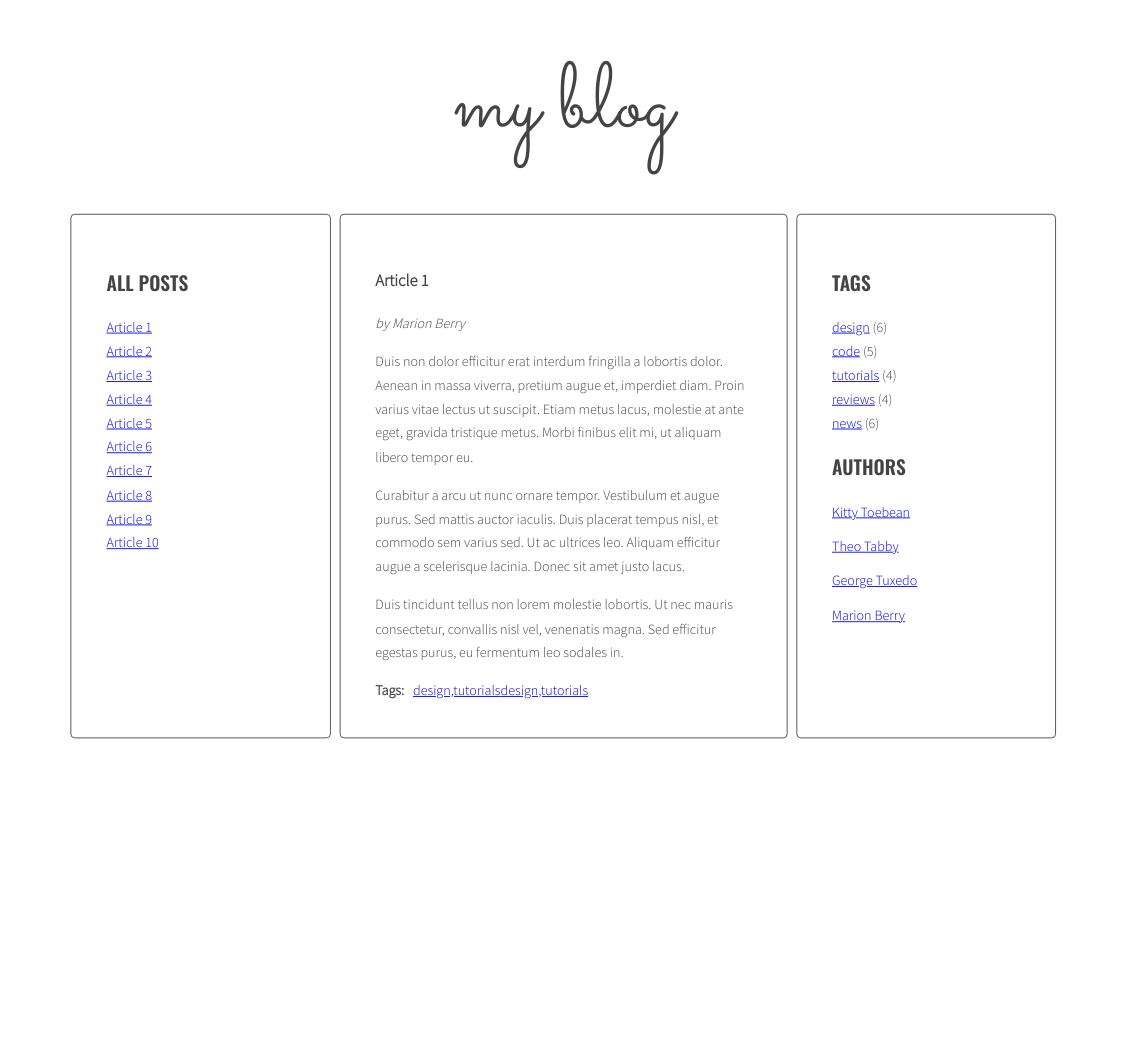
Repository: ulasup/javascript-blog
Page: index.html
These files come from the project's save history. The page is drawn as it stood at one moment and after the next save; the edit follows.
The browser window is 1280 px wide. The pictures show the whole page, at 88% of full size.
The style sheet was rebuilt from its Sass, Less or Tailwind sources for each picture, by a compiler version that may differ from the author's.

Above is the page before, as saved 2020-12-19 13:56:13.

### index.html
<!DOCTYPE html>
<html  lang="en">
    <head>
        <meta charset="UTF-8">
        <title>Film blog</title>
        <link rel="stylesheet" href="css/style.css">
    </head>
    <body>
        <div class="blog">
            <div class="container">
              <h1 class="logo">my blog</h1>
              <main class="wrapper">
                <aside class="sidebar">
                  <h2 class="section-title">All posts</h2>
                  <ul class="list titles">
                  </ul>
                </aside>
                <section class="posts">
                  <article class="post active" id="article-1" data-tags="design tutorials">
                    <h3 class="post-title">Article 1</h3>
                    <p class="post-author">by Marion Berry</p>
                    <div class="post-content">
                      <p>Duis non dolor efficitur erat interdum fringilla a lobortis dolor. Aenean in massa viverra, pretium augue et, imperdiet diam. Proin varius vitae lectus ut suscipit. Etiam metus lacus, molestie at ante eget, gravida tristique metus. Morbi finibus elit mi, ut aliquam libero tempor eu.</p>
                      <p>Curabitur a arcu ut nunc ornare tempor. Vestibulum et augue purus. Sed mattis auctor iaculis. Duis placerat tempus nisl, et commodo sem varius sed. Ut ac ultrices leo. Aliquam efficitur augue a scelerisque lacinia. Donec sit amet justo lacus.</p>
                      <p>Duis tincidunt tellus non lorem molestie lobortis. Ut nec mauris consectetur, convallis nisl vel, venenatis magna. Sed efficitur egestas purus, eu fermentum leo sodales in.</p>
                    </div>
                    <div class="post-tags">
                      <p><strong>Tags:</strong></p>
                      <ul class="list list-horizontal">
                      </ul>
                    </div>
                  </article>
                  <article class="post" id="article-2" data-tags="news code">
                    <h3 class="post-title">Article 2</h3>
                    <p class="post-author">by Theo Tabby</p>
                    <div class="post-content">
                      <p>Phasellus sollicitudin, arcu vel iaculis ullamcorper, quam leo viverra orci, et faucibus quam sapien vel est. Maecenas ac suscipit elit. Nullam interdum, lorem vitae venenatis pulvinar, ex dui malesuada nunc, tempus cursus enim metus vel nulla.</p>
                      <p>Integer hendrerit, eros id efficitur dapibus, ante arcu ullamcorper orci, a iaculis felis turpis at purus. Quisque sodales posuere sapien vel consectetur. Duis dui urna, commodo non ante nec, mattis dictum enim. Donec aliquam erat sed diam lobortis, vel gravida lacus laoreet. Phasellus pretium maximus mi, eu posuere justo suscipit vel.</p>
                      <p>Nam magna nisl, varius in malesuada vitae, facilisis vel metus. Proin rhoncus euismod leo dictum lobortis. Suspendisse non ante sapien.</p>
                    </div>
                    <div class="post-tags">
                      <p><strong>Tags:</strong></p>
                      <ul class="list list-horizontal">
                      </ul>
                    </div>
                  </article>
                  <article class="post" id="article-3" data-tags="news reviews design">
                    <h3 class="post-title">Article 3</h3>
                    <p class="post-author">by George Tuxedo</p>
                    <div class="post-content">
                      <p>Mauris vel pellentesque turpis, ac sodales nisl. Quisque iaculis mi velit, ut convallis tellus accumsan a. Quisque iaculis, nisi et dignissim tincidunt, nisl eros euismod nulla, finibus laoreet erat enim posuere elit.</p>
                      <p>Aenean at semper urna. Duis vel sapien molestie, egestas diam consequat, molestie nulla. Praesent a malesuada metus. Praesent et tempus leo.</p>
                      <p>Mauris in eleifend neque, vitae eleifend velit. Maecenas purus est, bibendum eget imperdiet id, dictum sed ante. Aenean a magna et eros sagittis aliquet.</p>
                    </div>
                    <div class="post-tags">
                      <p><strong>Tags:</strong></p>
                      <ul class="list list-horizontal">
                      </ul>
                    </div>
                  </article>
                  <article class="post" id="article-4" data-tags="tutorials code design">
                    <h3 class="post-title">Article 4</h3>
                    <p class="post-author">by Kitty Toebean</p>
                    <div class="post-content">
                      <p>Morbi vel cursus nulla, vel varius mauris. Suspendisse sed elit sit amet risus faucibus vestibulum ut sit amet purus. Donec orci est, condimentum ut quam quis, scelerisque fringilla ligula.</p>
                      <p>Quisque bibendum nisl id quam sagittis, id pretium dolor scelerisque. Suspendisse non odio nec velit dapibus placerat non a libero.</p>
                      <p>Vivamus at tristique ex, feugiat sagittis ex. Cras cursus, ipsum et efficitur commodo, urna sapien rutrum magna, quis sodales justo ligula eget nunc. In hac habitasse platea dictumst.</p>
                    </div>
                    <div class="post-tags">
                      <p><strong>Tags:</strong></p>
                      <ul class="list list-horizontal">
                      </ul>
                    </div>
                  </article>
                  <article class="post" id="article-5" data-tags="design reviews">
                    <h3 class="post-title">Article 5</h3>
                    <p class="post-author">by Marion Berry</p>
                    <div class="post-content">
                      <p>Suspendisse sem eros, euismod condimentum arcu ac, consequat fermentum orci. Nam convallis lacus nec interdum vestibulum. Vestibulum luctus, quam eu tristique ornare, lorem nibh sodales enim, vitae tempor dolor ante vitae tortor.</p>
                      <p>Duis venenatis metus quis luctus lobortis. In porttitor ipsum eget ligula aliquam ornare. Cras malesuada urna id volutpat sodales.</p>
                      <p>Donec lobortis ultricies turpis, eu viverra magna gravida quis. Fusce sit amet pretium nulla. Duis rutrum metus vel libero sodales, pellentesque varius ex pulvinar.</p>
                    </div>
                    <div class="post-tags">
                      <p><strong>Tags:</strong></p>
                      <ul class="list list-horizontal">
                      </ul>
                    </div>
                  </article>
                  <article class="post" id="article-6" data-tags="reviews code">
                    <h3 class="post-title">Article 6</h3>
                    <p class="post-author">by George Tuxedo</p>
                    <div class="post-content">
                      <p>Donec posuere iaculis ante sed hendrerit. Lorem ipsum dolor sit amet, consectetur adipiscing elit. Quisque hendrerit neque nec urna tincidunt, quis vehicula dui vulputate. Morbi est sapien, auctor ut lectus eu, placerat viverra lorem.</p>
                      <p>Cras consectetur at erat id accumsan. Suspendisse lacinia in nulla quis vulputate. Nunc vitae consectetur augue. Nam ut vehicula mi. Aliquam tristique, purus in hendrerit porta, elit lectus finibus mi, vel malesuada nisl lectus a libero.</p>
                      <p>Nam quis efficitur ante. Sed eget purus quis ex commodo porta eu sit amet dolor. Mauris tellus nisl, dictum nec est vitae, condimentum ornare ante. Fusce ornare hendrerit maximus. In maximus rhoncus justo.</p>
                    </div>
                    <div class="post-tags">
                      <p><strong>Tags:</strong></p>
                      <ul class="list list-horizontal">
                      </ul>
                    </div>
                  </article>
                  <article class="post" id="article-7" data-tags="code news">
                    <h3 class="post-title">Article 7</h3>
                    <p class="post-author">by Kitty Toebean</p>
                    <div class="post-content">
                      <p>Donec eleifend mauris ac nisl fermentum, ac fermentum turpis dignissim. Aliquam diam nisl, imperdiet a varius eget, lobortis sed nisi. Nullam suscipit ipsum sed magna blandit, sed pellentesque urna malesuada.</p>
                      <p>Duis vestibulum arcu et lectus viverra porta. Praesent tempor lacus eget quam mattis, sit amet venenatis diam ultrices. Morbi gravida sapien quis ligula tincidunt, vel sagittis erat ultrices.</p>
                      <p>Ut orci tellus, laoreet ac diam ut, tempus bibendum nisi. Nam egestas sagittis nibh. Curabitur tristique dui quis egestas pretium. Duis eu felis orci.</p>
                    </div>
                    <div class="post-tags">
                      <p><strong>Tags:</strong></p>
                      <ul class="list list-horizontal">
                      </ul>
                    </div>
                  </article>
                  <article class="post" id="article-8" data-tags="news design tutorials">
                    <h3 class="post-title">Article 8</h3>
                    <p class="post-author">by Theo Tabby</p>
                    <div class="post-content">
                      <p>Praesent quis imperdiet erat. Curabitur tempor sapien a interdum malesuada. Proin libero erat, sagittis a sollicitudin eget, pulvinar nec risus. Cras et suscipit sem.</p>
                      <p>Maecenas consequat diam nec sollicitudin congue. Aenean porttitor porttitor quam, condimentum interdum metus congue sed. Donec at nulla ipsum.</p>
                      <p>Mauris non congue dui. Aenean ac eros vitae massa vulputate aliquet ut ac elit. Morbi iaculis auctor nunc aliquet luctus. Nunc tincidunt sem dui, quis interdum leo pellentesque eget. Fusce id leo varius, imperdiet nunc vitae, tristique mi. Mauris quis interdum justo. Mauris auctor purus eu leo faucibus feugiat. Nulla at odio vitae leo semper blandit.</p>
                    </div>
                    <div class="post-tags">
                      <p><strong>Tags:</strong></p>
                      <ul class="list list-horizontal">
                      </ul>
                    </div>
                  </article>
                  <article class="post" id="article-9" data-tags="news tutorials">
                    <h3 class="post-title">Article 9</h3>
                    <p class="post-author">by Marion Berry</p>
                    <div class="post-content">
                      <p>Tam et facilisis purus. Donec vulputate est quis lobortis posuere. Nunc vitae lorem ut odio faucibus pulvinar nec in justo. Ut ut ante ac tellus ornare tempus. Nunc maximus, tortor et dictum convallis, nunc libero posuere leo, scelerisque ultrices arcu sapien ut tellus.</p>
                      <p>Fusce lacinia augue massa, non tincidunt tortor auctor quis. Vestibulum ut pretium nisl. Etiam id tellus tempus, commodo ligula vehicula, porta magna.</p>
                      <p>Donec fringilla blandit dolor vel aliquet. Fusce tortor sapien, lobortis eu vehicula sit amet, dignissim et lectus. In ullamcorper metus vel massa fermentum, at fermentum dui sollicitudin. Nullam lacinia elit vel tortor ullamcorper pulvinar.</p>
                    </div>
                    <div class="post-tags">
                      <p><strong>Tags:</strong></p>
                      <ul class="list list-horizontal">
                      </ul>
                    </div>
                  </article>
                  <article class="post" id="article-10" data-tags="code design news reviews">
                    <h3 class="post-title">Article 10</h3>
                    <p class="post-author">by George Tuxedo</p>
                    <div class="post-content">
                      <p>Aliquam erat volutpat. Ut non eleifend lectus. Donec suscipit tellus tempor, ornare dui id, hendrerit neque. Phasellus lacinia laoreet dui in luctus. Sed hendrerit, magna sit amet varius tempor, augue augue scelerisque est, non scelerisque mauris libero eu sapien.</p>
                      <p>Sed at sapien in quam sollicitudin aliquam. In interdum metus a mi porttitor luctus. Sed commodo, arcu id lacinia posuere, felis elit pharetra urna, at feugiat est orci sit amet libero. Quisque in nisl est. Nullam vehicula at lectus non luctus. Cras aliquam neque magna, at varius nisi egestas ut.</p>
                      <p>Rhoncus purus nulla, non auctor lacus placerat ut. Aliquam condimentum eget magna ac gravida. Etiam egestas faucibus urna et finibus. Cras vel tellus vel magna suscipit euismod. Maecenas id arcu ante. Duis iaculis scelerisque erat, at ullamcorper arcu consectetur eu. Fusce aliquam diam at arcu pharetra, vel fermentum nunc lobortis.</p>
                    </div>
                    <div class="post-tags">
                      <p><strong>Tags:</strong></p>
                      <ul class="list list-horizontal">
                      </ul>
                    </div>
                  </article>
                </section>
                <aside class="sidebar">
                  <h2 class="section-title">Tags</h2>
                  <ul class="list tags">
                    <li><a href="#">design</a> <span>(6)</span></li>
                    <li><a href="#">code</a> <span>(5)</span></li>
                    <li><a href="#">tutorials</a> <span>(4)</span></li>
                    <li><a href="#">reviews</a> <span>(4)</span></li>
                    <li><a href="#">news</a> <span>(6)</span></li>
                  </ul>
                  <h2 class="section-title">Authors</h2>
                  <ul class="list authors">
                    <li>
                      <a href="#">
                        <span class="author-name">Kitty Toebean</span>
                      </a>
                    </li>
                    <li>
                      <a href="#">
                        <span class="author-name">Theo Tabby</span>
                      </a>
                    </li>
                    <li>
                      <a href="#">
                        <span class="author-name">George Tuxedo</span>
                      </a>
                    </li>
                    <li>
                      <a href="#">
                        <span class="author-name">Marion Berry</span>
                      </a>
                    </li>
                  </ul>
                </aside>
              </main>
            </div>
          </div>
    <script src="js/script.js"></script>
    </body>
</html>

### js/script.js
'use strict';

function titleClickHandler(event){
  event.preventDefault();

  const activeLinks = document.querySelectorAll('.titles a.active');
  for(let activeLink of activeLinks){
    activeLink.classList.remove('active');
  }

  const clickedElement = this;
  clickedElement.classList.add('active');

  const activeArticles = document.querySelectorAll('.post.active');
  for(let activeArticle of activeArticles){
    activeArticle.classList.remove('active');
  }

  const attribute = clickedElement.getAttribute('href');
  const clickedArticles = document.querySelectorAll(attribute);
  for(let clickedArticle of clickedArticles){
    clickedArticle.classList.add('active');
  }
}

const optArticleSelector = '.post',
  optTitleSelector = '.post-title',
  optTitleListSelector = '.titles',
  optArticleTagsSelector = '.post-tags .list';

function generateTitleLinks(){

  const titleList = document.querySelector(optTitleListSelector);
  titleList.innerHTML = '';

  const articles = document.querySelectorAll(optArticleSelector);
  let html = '';
  for (let article of articles){
    const articleId = article.getAttribute('id');
    const articleTitle = article.querySelector(optTitleSelector).innerHTML;
    const linkHTML = '<li><a href="#' + articleId + '"><span>' + articleTitle + '</span></a></li>';
    html = html + linkHTML;
  }
  titleList.innerHTML = html;

  const links = document.querySelectorAll('.titles a');
  for(let link of links){
    link.addEventListener('click', titleClickHandler);
  }
}

generateTitleLinks();


function generateTags(){
  const articles = document.querySelectorAll(optArticleSelector);
  for (let article of articles){
    const tagList = article.querySelector(optArticleTagsSelector);
    let html = '';
    const articleTags = article.getAttribute('data-tags');
    const articleTagsArray = articleTags.split(' ');
    for (let tag of articleTagsArray){
      const linkHTML = '<li><a href="#tag-' + tag + '"><span>' + articleTagsArray + '</span></a></li>';
      html = html + linkHTML;
    }
    tagList.innerHTML = html;
  }
}

generateTags();

### sass/style.scss
@import url('https://fonts.googleapis.com/css?family=Oswald:400,600|Sacramento|Source+Sans+Pro:300&subset=latin-ext');

/* Variables */

$color-light: #fff;
$color-dark: #444;

$font-logo: 'Sacramento', cursive;
$font-header: 'Oswald', sans-serif;
$font-text: 'Source Sans Pro', sans-serif;

/* Global */

*, *::before, *::after {
  box-sizing: border-box;
}

body {
  background: $color-light;
  font-family: $font-text;
  color: $color-dark;
  font-weight: 300;
  font-size: 16px;
  line-height: 1.7;
}

.container {
  max-width: 1140px;
  margin: 0 auto;
}

.section-title {
  font-size: 22px;
  text-transform: uppercase;
  font-family: $font-header;
  font-weight: 600;

  span {
    text-transform: none;
    font-weight: 400;
    color: lighten($color-dark, 20%);
  }
}

/* Layout */

.wrapper {
  display: flex;
  margin-left: 10px;
}

.sidebar {
  flex: 1 0 0;
}

.posts {
  flex: 2 0 0;
}

.sidebar, .posts {
  background: $color-light;
  margin-right: 10px;
  padding: 40px;
  border: 1px solid $color-dark;
  border-radius: 5px;
}

/* Logo */

.logo {
  font-family: $font-logo;
  font-weight: 400;
  font-size: 104px;
  line-height: 1;
  text-align: center;
}

/* Lists */

.list {
  list-style-type: none;
  margin: 0;
  padding: 0;

  .active {
    font-weight: bold;
  }
}

.list-horizontal {
  li {
    display: inline-block;
  }
}

/* Authors */

.authors {
  li {
    margin-bottom: 12px;
  }
}

/* Post */

.post {
  z-index: 1;
  position: absolute;
  opacity: 0;

  &.active {
    z-index: 2;
    position: relative;
    opacity: 1;
    transition: opacity 1s;
  }
}

.post-author {
  font-style: italic;
}

.post-tags {
  display: flex;

  p {
    margin: 0 10px 0 0;
  }
}

After the next save:
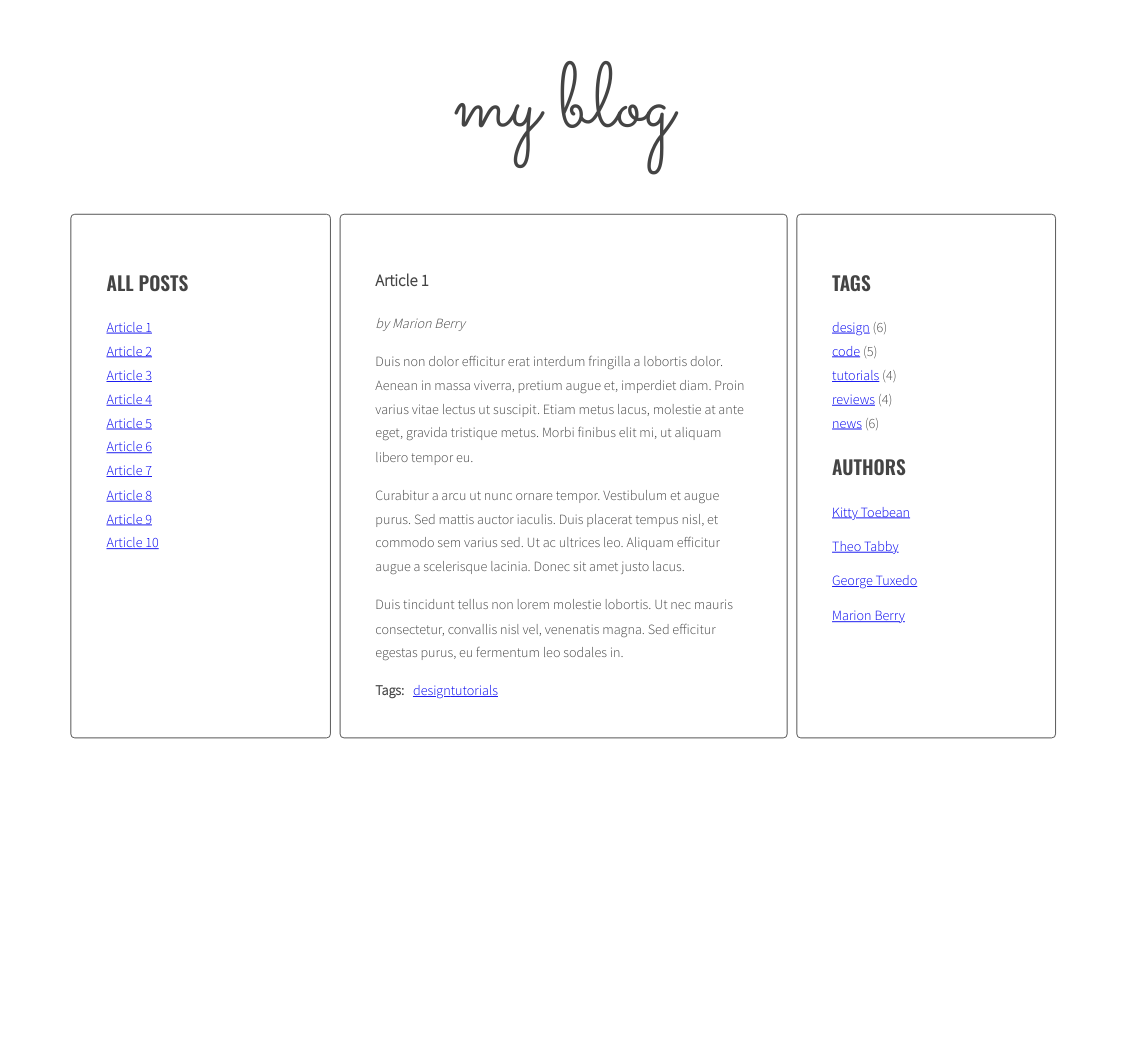
Saved 29 s later.
--- a/js/script.js
+++ b/js/script.js
@@ -60,7 +60,7 @@
     const articleTags = article.getAttribute('data-tags');
     const articleTagsArray = articleTags.split(' ');
     for (let tag of articleTagsArray){
-      const linkHTML = '<li><a href="#tag-' + tag + '"><span>' + articleTagsArray + '</span></a></li>';
+      const linkHTML = '<li><a href="#tag-' + tag + '"><span>' + tag + '</span></a></li>';
       html = html + linkHTML;
     }
     tagList.innerHTML = html;
